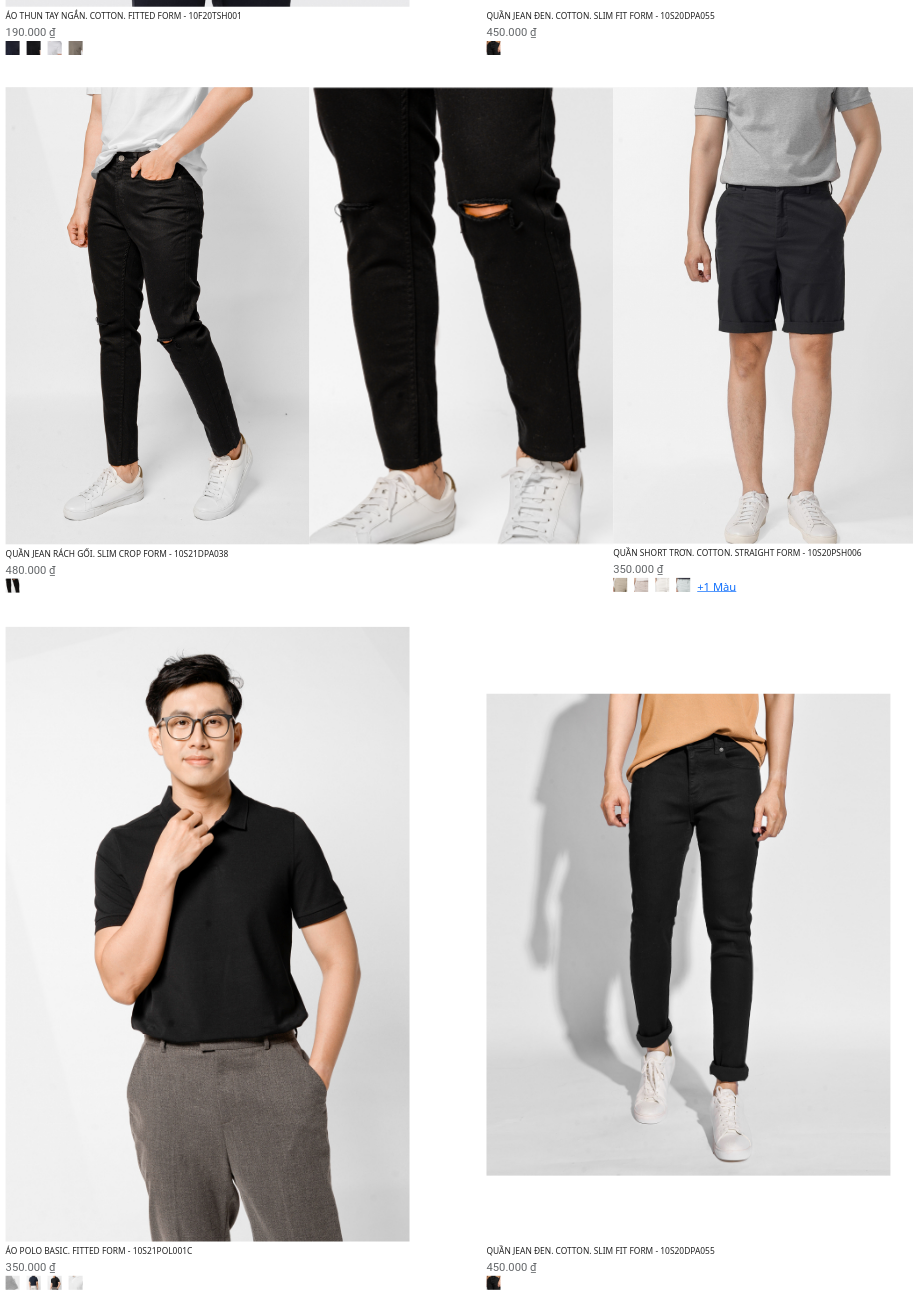
Repository: NguyenQuangQuan021099/FE_Page-Male
Page: Danh sách/page1.html
These files come from the project's save history. The page is drawn as it stood at one moment and after the next save; the edit follows.
The browser window is 1280 px wide. The page is 1305 px wide, so the pictures cover 1305 px, including what lies to the right of the window. The pictures show the part of the page from y = 3632 to 5512 px (the page is 5512 px tall), at 70% of full size.
Some web libraries are served in a nearby version.

Above is the page before, as saved 2021-07-02 11:42:00.

After the next save:
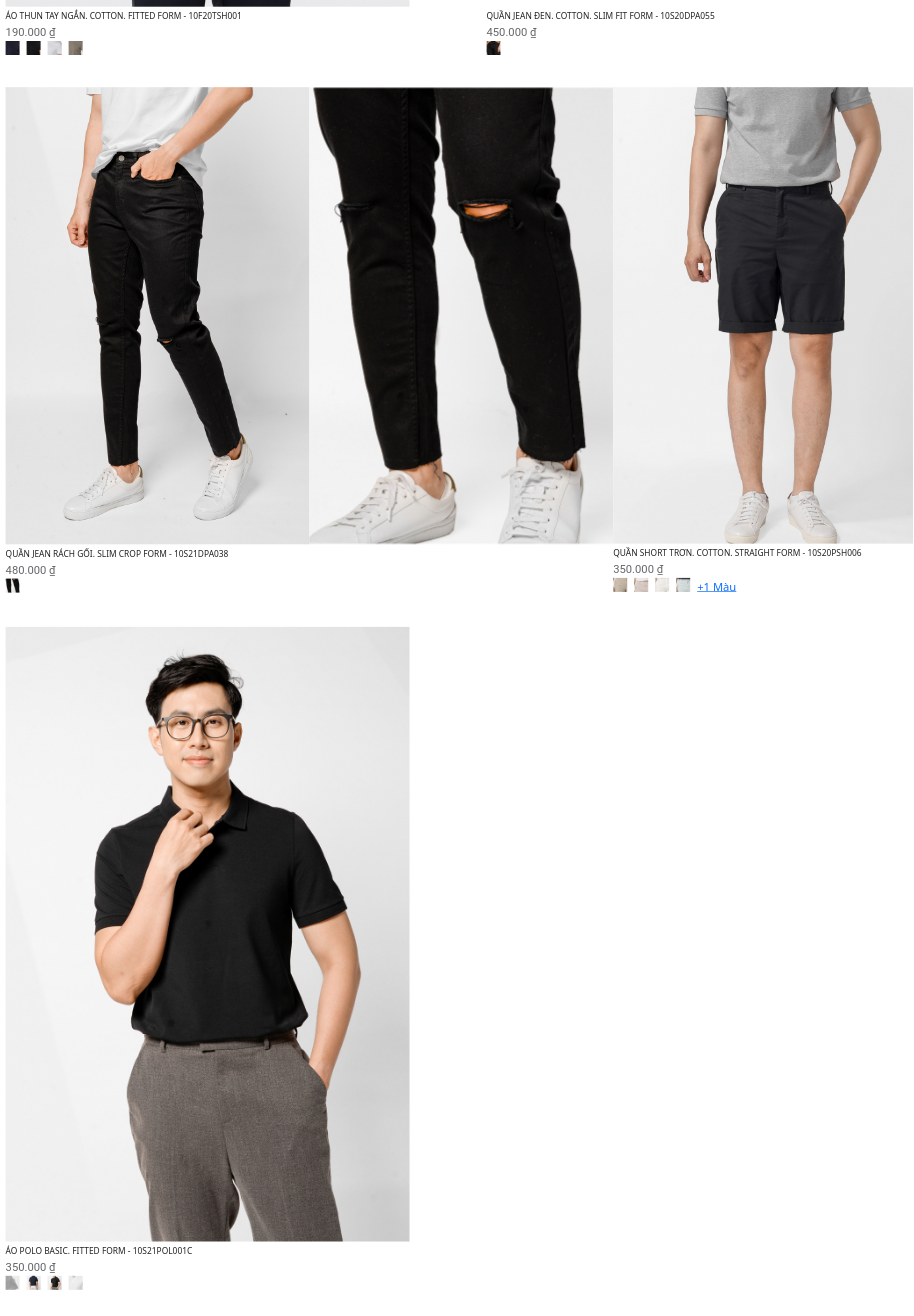
Saved 5 s later.
--- a/Danh sách/page1.html
+++ b/Danh sách/page1.html
@@ -310,18 +310,7 @@
 
             <!-- begin ao polo in soc -->
                 <div class="product__item__info">
-                  <a href="#"><img  src="./img/Quần Jean đen/mausac_black_dsc_0716__2__0ac6d2bbb2a94f2da7f33ce337a26ece_7.jpg" alt="Quần Jean rách. SLIM CROP Form - 10F20DPA036" ></a>
-                  <div class="sub__div">
-                    <a href="#" class="content"> Quần JEAN đen. COTTON. SLIM FIT form - 10S20DPA055</a> <br>
-                    <span class="price">450.000&nbsp;₫</span>
-                    <div class="mini__img">
-                      <a class="img__mini-8"  href="#">
-                        <div class="sub__content">
-                          BLACK
-                        </div>
-                      </a>
-                    </div>
-                  </div>
+
                 </div>
             <!-- end ao polo in soc -->
           </li>
